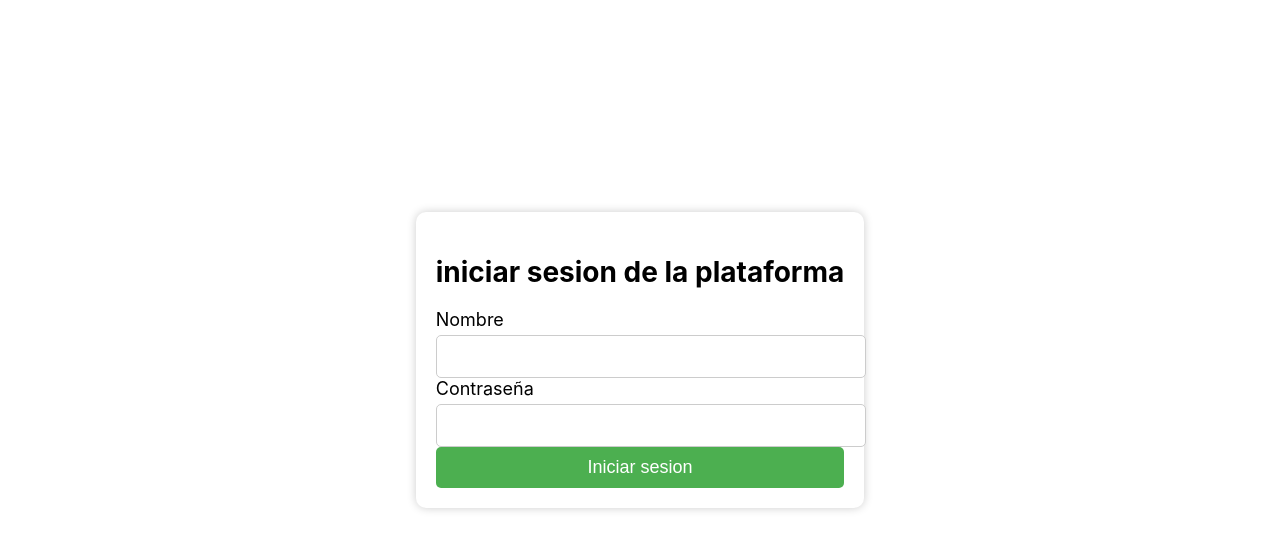
Repository: n0soyHacker/school-administration-app
Page: /
These files come from the project's save history. The page is drawn as it stood at one moment and after the next save; the edit follows.
The browser window is 1280 px wide. The pictures show the whole page.
The project was rebuilt for these pictures with package versions that can differ from the ones it lists, and the page was loaded fresh each time.

Above is the page before, as saved 2023-02-18 19:35:13.

After the next save:
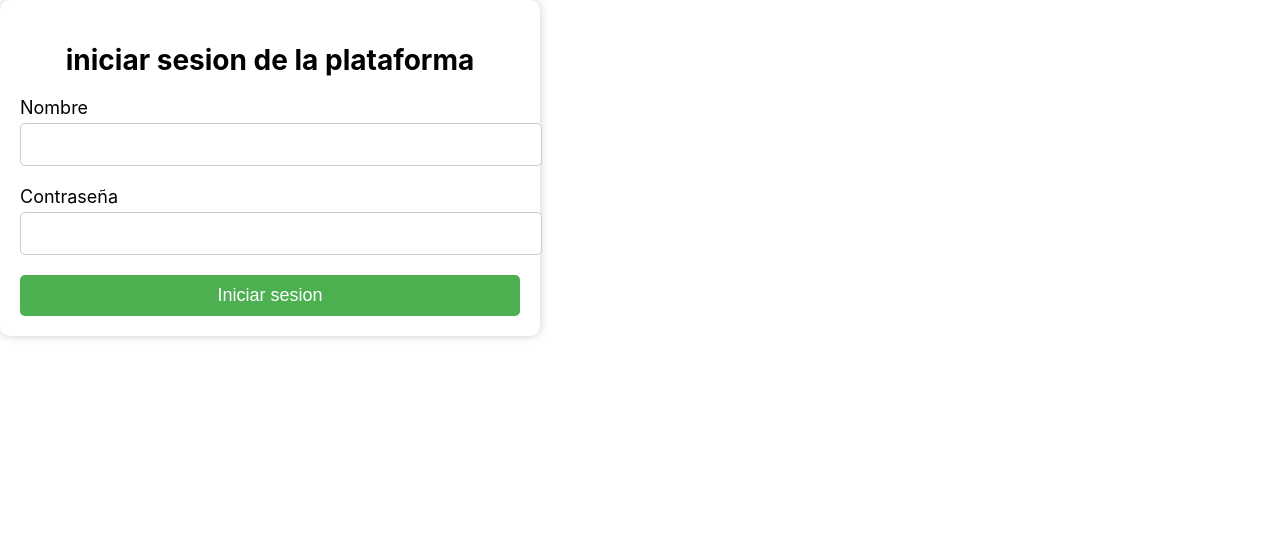
Saved 2 min 24 s later.
--- a/src/App.js
+++ b/src/App.js
@@ -3,18 +3,22 @@ import './styleForm.css';
 function App() {
   return (
     <div className="App">
-      <div className="container">
-        <div className="form-container">
-          <form>
-            <h2>iniciar sesion de la plataforma</h2>
+
+      <div className="form-container">
+        <form>
+          <h2>iniciar sesion de la plataforma</h2>
+          <div className="form-group">
             <label for="username">Nombre</label>
             <input type="text" id="username" name='username' required></input>
+          </div>
+          <div className="form-group">
             <label for="password">Contraseña</label>
             <input type="password" id="password" name="password" required></input>
-            <button type='submit'>Iniciar sesion</button>
-          </form>
-        </div>
+          </div>
+          <button type='submit'>Iniciar sesion</button>
+        </form>
       </div>
+
     </div>
   );
 }
